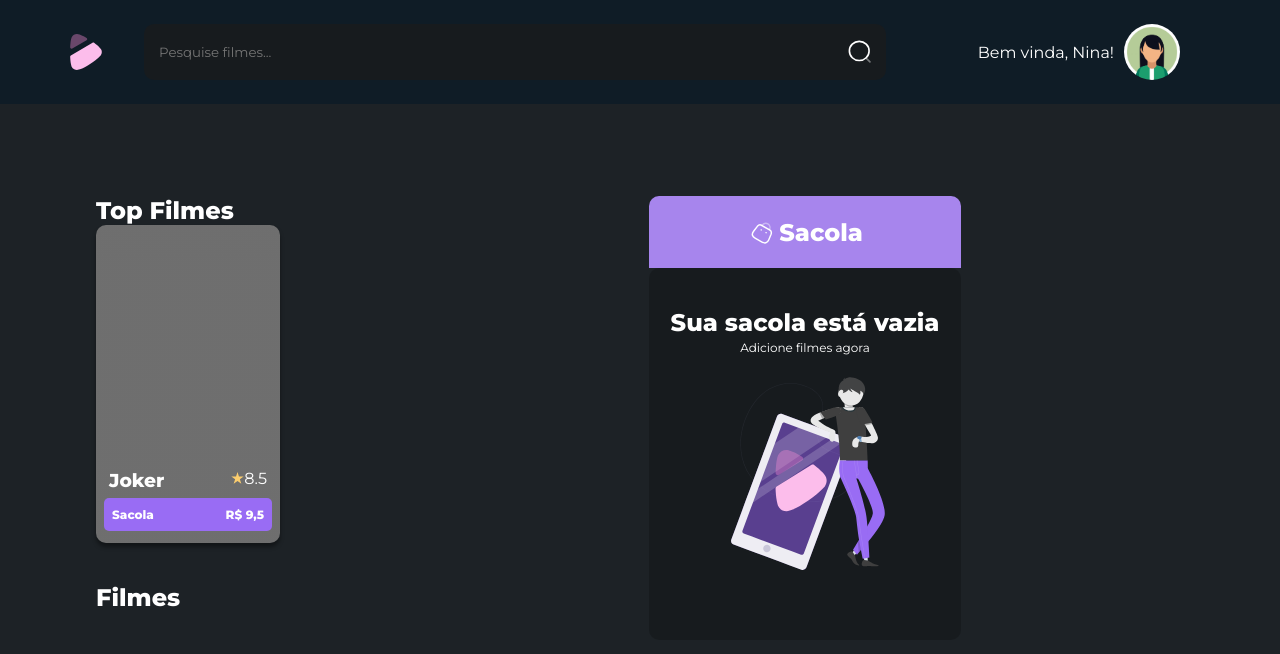
Repository: MilenaMelo/Cubos-Flix
Page: / (app in cubos-flix/)
An editor plug-in stored every save of this project. The page is shown before and after the next save, followed by the edit.
The browser window is 1280 px wide. The pictures show the whole page.
Pictures or frames that could not be fetched are drawn as grey boxes. The project was rebuilt for these pictures with package versions that can differ from the ones it lists, and the page was loaded fresh each time.

Above is the page before, as saved 2021-06-19 17:20:12.

### cubos-flix/public/index.html
<!DOCTYPE html>
<html lang="en">
  <head>
    <meta charset="utf-8" />
    <link rel="icon" href="%PUBLIC_URL%/favicon.svg" />
    <meta name="viewport" content="width=device-width, initial-scale=1" />
    <meta name="theme-color" content="#000000" />
    <meta
      name="description"
      content="Web site created using create-react-app"
    />
    <link rel="apple-touch-icon" href="%PUBLIC_URL%/logo192.png" />
    <link rel="manifest" href="%PUBLIC_URL%/manifest.json" />
    <title>Cubos Flix</title>
  </head>
  <body>
    <noscript>You need to enable JavaScript to run this app.</noscript>
    <div id="root"></div>

  </body>
</html>

### cubos-flix/src/App.js
import './App.css';
import Navbar from './components/Navbar';
import Cards from './components/Cards';
import Bag from './components/Bag';


function App() {
  return (
    <div className="app">
      <header className="header">
        <Navbar />
      </header>
      <section className="content">
        <div className="top-movies">
          <h1>Top Filmes</h1>
          <Cards />
        </div>
        <div className="all-movies">
          <h1>Filmes</h1>

        </div>

      </section>
      <section className="side-content">
        <Bag />
      </section>
    </div>
  );
}

export default App;

### cubos-flix/src/App.css
@import url('https://fonts.googleapis.com/css2?family=Montserrat:wght@400;600;800&display=swap');

/* ----------- SCREEN ----------- */
* {
    margin: 0px;
    font-family: 'Montserrat', sans-serif;
    color: #FFFFFF;
}

/* ----------- APPLICATION ----------- */

.app {
    min-height: 100vh;
    display: grid;
    grid-template-areas: 'header header'
                         'content side-content';
    grid-gap: 24px 50px;
    background-color: #1D2226;
}

.header {
    grid-area: header;
}

.content {
    grid-area: content;
}

.side-content {
    grid-area: side-content;
}

/* ----------- MAIN CONTENT ----------- */

.content {
    padding-left: 96px;
}

.top-movies, .all-movies {
    margin-bottom: 40px;
}

/* ----------- SIDE CONTENT ----------- */

.side-content {
    position: sticky;
}

### cubos-flix/src/components/Navbar/index.js
import './style.css'
import logo from '../../assets/images/logo.svg'
import search_icon from '../../assets/images/search-icon.svg'
import profile_img from '../../assets/images/profile.jpg'


function Navbar() {
    return (
        <header className='navbar'>
            <img className='logo' src={logo} alt="logo"/>
            <div className='search-container'>
                <input className='search-input' type="text" name="Pesquisa" placeholder="Pesquise filmes..."/>
                <img className='search-img' src={search_icon} alt="Input de pesquisa"/>
            </div>
            <div className='profile-container'>
                <span>Bem vinda, Nina!</span>
                <img className='profile-img' src={profile_img} alt="Foto de perfil"/>
            </div>
        </header>
    );
}

export default Navbar;

### cubos-flix/src/components/Cards/index.js
import './style.css'
import card_movie from '../../assets/images/golden-star.svg'

function Card() {
    return (
        <div className='card-container'>
            <div className='movie-card'>
                <div className='info-card'>
                    <h3 className='name-movie'>Joker</h3>
                    <div className='pointing-movie'>
                        <img src={card_movie} alt='Ícone de estrela' />
                        <span>8.5</span>
                    </div>
                </div>
                <button className='button-movie'>
                    <span className='tag-button'>Sacola</span>
                    <span className='price'>R$ 9,5</span>
                </button>
            </div>
        </div>
    );
}

export default Card;

### cubos-flix/src/components/Bag/index.js
import './style.css'
import bag_logo from '../../assets/images/person-illustration.svg'
import bag_icon from '../../assets/images/bag-icon.svg'


function Bag() {
    return (
        <div className='bag-container'>
            <header className='bag-header'>
                <img className='bag-icon' src={bag_icon} alt="Ícone de sacola" />
                <h1>Sacola</h1>
            </header>
            <div className='bag-content'>
                <h1>Sua sacola está vazia</h1>
                <span>Adicione filmes agora</span>
                <img src={bag_logo} alt="Ilustração" />
            </div>
        </div>
    );
}

export default Bag;

### cubos-flix/src/components/Navbar/style.css
/* ----------- NAVBAR ----------- */

.navbar {
    display: flex;
    padding: 24px 100px 24px 70px;
    background: #0F1C26;
}

/* ----------- LOGO ----------- */

.logo {
    margin-right: 42px;
}

/* ----------- SEARCH ----------- */

.search-container {
    display: flex;
    flex-grow: 1;
    position: relative;
    margin-right: 92px;
}

.search-input {
    width: 100%;
    outline: 0;
    padding: 16px 14px;
    border-radius: 10px;
    border: 1px solid transparent;
    background: #171B1E;
}

.search-input:hover {
    border: 1px solid #8C8C8C;
}

.search-input:focus {
    border: 1px solid #FDFDFD;
}

.search-img {
    height: 24px;
    cursor: pointer;
    align-self: center;
    position: absolute;
    right: 15px;
}

/* ----------- PROFILE ----------- */

.profile-container {
    display: flex;
    align-items: center;
    gap: 10px;
}

.profile-img {
    height: 56px;
    border-radius: 50%;
}

### cubos-flix/src/components/Cards/style.css
/* ----------- CARD ----------- */

.movie-card {
    width: 168px;
    height: 300px;
    padding: 12px 8px 6px;
    display: flex;
    flex-direction: column;
    box-shadow: 0 4px 4px 0 rgb(0 0 0 / 40%);
    border-radius: 10px;
    background: linear-gradient(rgba(0, 0, 0, 0.3) 100%, rgba(0, 0, 0, 0.3) 100%), url(https://image.tmdb.org/t/p/original/AoWY1gkcNzabh229Icboa1Ff0BM.jpg) center center / cover no-repeat;
}

.card-container:hover {
    scale: 2;
    transition: .5s;
}

/* ----------- CARD INFO ----------- */

.info-card {
    display: flex;
    margin-top: auto;
    justify-content: space-between;
    padding: 0px 5px;
/*
    background: rgba(0, 0, 0, 0.5);
    border-radius: 5px 5px 0px 0px;
    padding: 5px 3px;
    margin-bottom: 0px; */
}

.name-movie {
    margin-bottom: 6px;

}

/* ----------- BUTTON INFO ----------- */

.button-movie {
    padding: 9px 8px;
    display: flex;
    justify-content: space-between;
    font-size: 12px;
    font-weight: 700;
    background: #996CF4;
    border: none;
    border-radius: 5px;
    margin-bottom: 6px;
    /* margin-top: -5px; */
}

.button-movie:hover {
    cursor: pointer;
    background: #593F8F;
    transition: .5s;
}

### cubos-flix/src/components/Bag/style.css
/* ----------- BAG ----------- */

.bag-container {
    width: 312px;
}

/* ----------- BAG-HEADER ----------- */

.bag-header {
    height: 72px;
    display: flex;
    align-items: center;
    justify-content: center;
    background: #A785ED;
    border-radius: 10px 10px 0px 0px;
}

.bag-icon {
    height: 32px;
}

/* ----------- BAG-CONTENT ----------- */

.bag-content {
    text-align: center;
    padding: 40px 16px;
    background: rgba(0, 0, 0, 0.2);
    border-radius: 10px;
}

.bag-content span {
    font-size: 12px;
    margin-top: 10px;
}

Loaded but not shown: cubos-flix/src/index.js (common file)

After the next save:
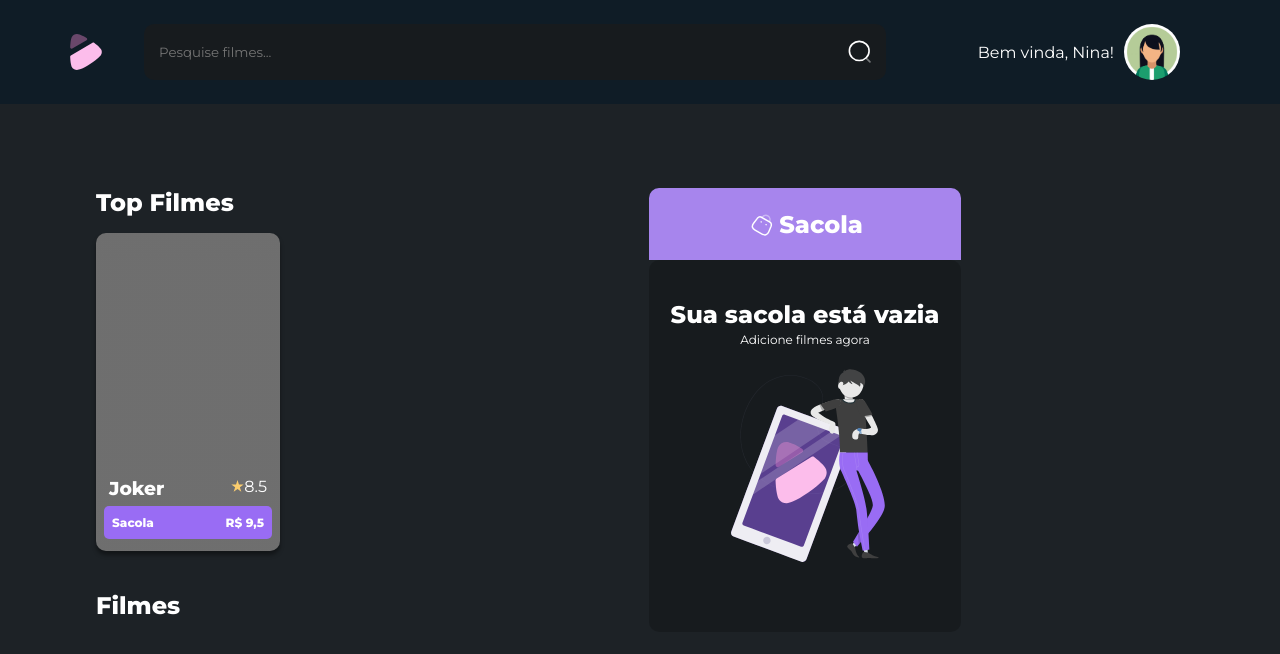
Saved 30 s later.
--- a/cubos-flix/src/App.css
+++ b/cubos-flix/src/App.css
@@ -40,6 +40,10 @@
     margin-bottom: 40px;
 }
 
+.top-movies h1 {
+    margin-bottom: 16px;
+}
+
 /* ----------- SIDE CONTENT ----------- */
 
 .side-content {
